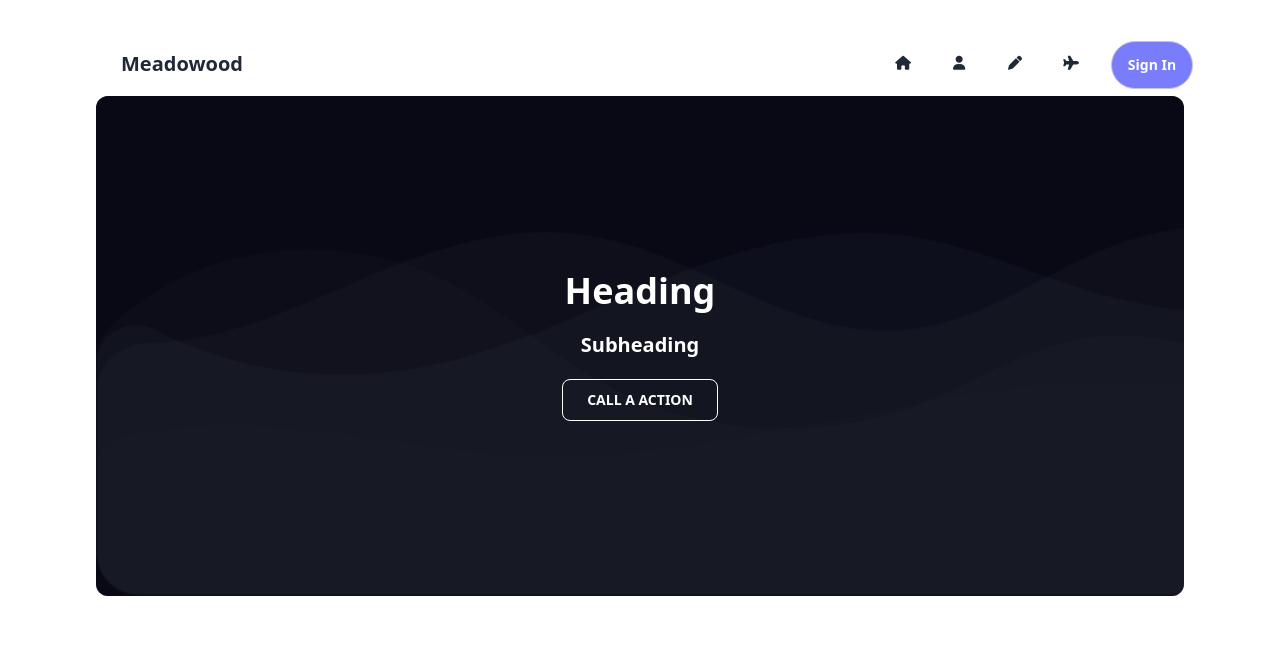
Repository: RudrasahaDibos/Meadowood-Forum
Page: index.html
These files come from the project's save history. The page is drawn as it stood at one moment and after the next save; the edit follows.
The browser window is 1280 px wide. The pictures show the whole page.
Some web libraries are served in a nearby version.

Above is the page before, as saved 2024-11-24 12:22:31.

After the next save:
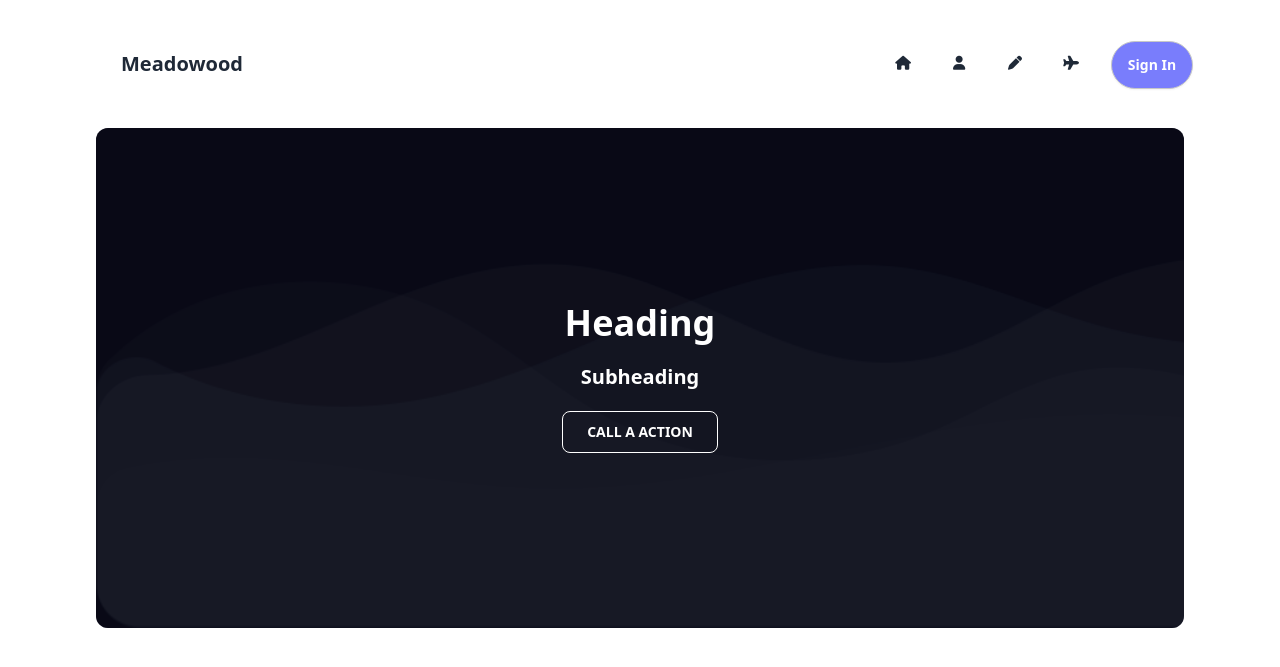
Saved 17 s later.
--- a/index.html
+++ b/index.html
@@ -70,7 +70,7 @@
             <!-- navbar is  end here  -->
 
              <!-- bannner start here  -->
-             <div class="w-full relative bg-no-repeat bg-cover h-[500px] z-0 rounded-xl overflow-hidden bg-[#12132D]" style="background-image: url('/images/bgbanner.png');">
+             <div class="w-full relative bg-no-repeat bg-cover h-[500px] z-0 rounded-xl overflow-hidden mt-8 bg-[#12132D]" style="background-image: url('/images/bgbanner.png');">
                 <div class="relative top-0 left-0 w-full h-full z-10 bg-black/50 flex items-center justify-center flex-col gap-5 ">
                 <h2 class="text-4xl font-bold font-manrope text-white">Heading</h2>
                 <h6 class="text-xl font-bold font-manrope text-white">Subheading</h6>
